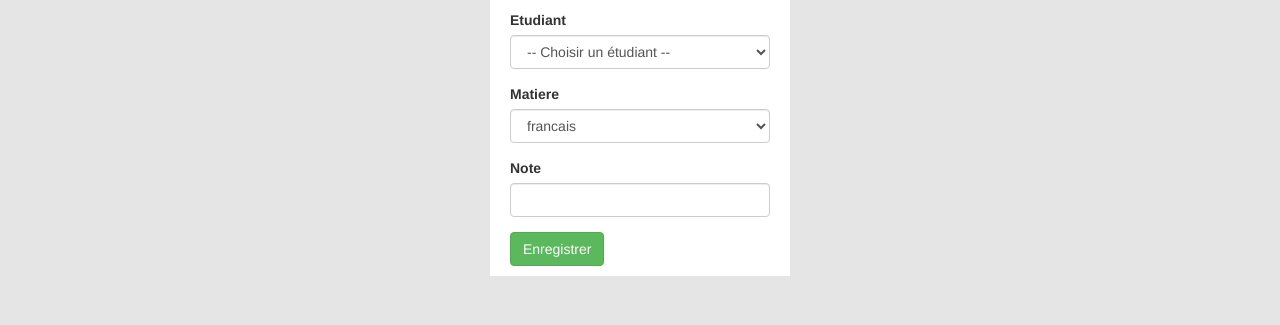
Repository: mitantsoa1/CRUD-note
Page: http://localhost/note
An editor plug-in stored every save of this project. The page is shown before and after the next save, followed by the edit.
The browser window is 1280 px wide. The pictures show the whole page.
The page is run by PHP 8.4 with error messages shown; the project is at /var/www/html/. The database holds what the project's SQL file puts in it.

Above is the page before, as saved 2021-02-12 19:01:09.
Console error: SyntaxError: Unexpected token '<'

### index.php
<?php

require_once ("Controls/Controllers.class.php");
// require_once ("Models/Database.class.php");
// Database::init("localhost","stage","root","");

if(isset($_GET['action'])){
    if(method_exists("Controllers",$_GET['action'])){
        $reflect = new ReflectionMethod("Controllers",$_GET['action']);
        $class = "Controllers";
        $reflect -> invoke(new $class);
    }else{
        Controllers::loadView("erreur.php");
    }
}else{
    Controllers::loadView("indexView.php");
}

?>

### Controls/Controllers.class.php
<?php
	class Controllers{

		public static function loadView($page){
			$page = htmlspecialchars(trim($page)) ;
			include("Views/".$page) ;
		}
		public function index(){
			Controllers::loadView("indexView");
		}
		// pour inclure les portions de page
		public static function includeTemplate($template)
		{
			$template = htmlspecialchars(trim($template));
			include "Views/template_parts/" . $template;
		}
		// inclure du JavaScript
		public static function includeJS($fields)
		{
			$script = "";
			for ($i = 0; $i < count($fields) - 1; $i++) {
				$code = htmlspecialchars(trim($fields[$i]));
				$script .= '<script src="Publics/js/' . $code . '.js"></script>' . "\n\t";
			}
			if ($i == count($fields) - 1) {
				$code = htmlspecialchars(trim($fields[count($fields) - 1]));
				$script .= '<script src="Publics/js/' . $code . '.js"></script>' . "\n";
			}
			echo $script;
		}
		// inclure du CSS
		public static function includeCSS($fields)
		{
			$css = "";
			for ($i = 0; $i < count($fields) - 1; $i++) {
				$code = htmlspecialchars(trim($fields[$i]));
				$css .= '<link rel="stylesheet" href="Publics/css/' . $code . '.css">' . "\n\t";
			}
			if ($i == count($fields) - 1) {
				$code = htmlspecialchars(trim($fields[count($fields) - 1]));
				$css .= '<link rel="stylesheet" href="Publics/css/' . $code . '.css">' . "\n";
			}
			echo $css;
		}

		public function note(){
			Controllers::loadView("gestion_note.php");
		}
		public function matiere(){
			Controllers::loadView("matiere.php");
		}
	}

 ?>

### Views/gestion_note.php
<?php
    include('Models/Database.class.php');
    $db = new Database();
    $tab = $db->select("etudiant")
               ->execute(null);

    $table = $db->select("matiere")
                ->execute(null);
?>
<!DOCTYPE html>
<html lang="en">
    <head>
        <meta charset="UTF-8">
        <meta http-equiv="X-UA-Compatible" content="IE=edge">
        <meta name="viewport" content="width=device-width, initial-scale=1.0">
        <title>gestion des notes</title>
        <?php
            Controllers::includeCSS(["all","bootstrap.min","sweetalert2.min","style"]);
        ?>
    </head>
    <body>

        <div class="container gestion-content">
            <form action="" id="form_gestion">
                <input type="hidden" id="id_gestion">
                <div class="form-group">
                    <label for="">Etudiant</label>
                    <select id="etudiant_gestion" class="form-control">
                        <option value="choisir" selected>-- Choisir un étudiant --</option>
                        <?php

                            for($i=0;$i<count($tab);$i++){
                                       echo' <option value="'.$tab[$i]->id.'">'.$tab[$i]->nom.' '.$tab[$i]->prenom.'</option>
                                ';

                            }

                        ?>
                    </select>
                </div>
                <div class="form-group">
                    <label for="">Matiere</label>
                    <select id="matiere_gestion" class="form-control">
                        <!-- <option value="choisir" selected>-- Choisir un étudiant --</option> -->
                        <?php

                            for($i=0;$i<count($table);$i++){
                                       echo' <option value="'.$table[$i]->nom_matiere.'">'.$table[$i]->nom_matiere.'</option>
                                ';

                            }

                        ?>
                    </select>
                </div>
                <div class="form-group">
                <label for="">Note</label>
                    <input type="number" id="note_gestion" class="form-control">
                </div>

                <a href="#" class="btn btn-success" id="btn_gestion">Enregistrer</a>
                <a href="#" id="btn_gestion_modif" class="hide btn btn-success">Modifier</a>
            </form>
        </div>


        <?php
        Controllers::includeJS(["jquery","bootstrap.min","all","sweetalert2.min","main","function"]);
        ?>
    </body>
</html>

### Models/Database.class.php
<?php
class Database{
	private $query,$nombreParam, $lastTable;
	private static $conn,$host,$base,$user,$pass,$port ;
		// bd = new PDO("mysql:host=localhost;dbname=nom","user","pass")
		// initialisation
	public static function init($hote,$base,$port,$user,$pass) {
		self::$host=htmlspecialchars(trim($hote)) ;
		self::$base=htmlspecialchars(trim($base)) ;
		self::$user=htmlspecialchars(trim($user)) ;
		self::$pass=htmlspecialchars(trim($pass)) ;

	}
	public static function db() {
		$options = array(PDO::MYSQL_ATTR_INIT_COMMAND => 'SET NAMES utf8',
);


		$url ="mysql:host=".self::$host.";port=".self::$port.";dbname=".self::$base;
		if(!isset(self::$conn)) {
			self::$conn = new PDO($url,self::$user,self::$pass,$options);
		}
		return self::$conn ;

	}
		// execution du requete
	public function execute($value=null) {

			// tester s'il y des trous dans les requetes
			// si c'est une requete de selection
		if (strpos($this->query,"SELECT")>-1) {

			if (strpos($this->query,"?")>-1 ){
				$req = self::db()->prepare($this->query) ;
				$req->execute($value) ;
			}
			else {
				$req = self::db()->query($this->query) ;
			}


			return $req->fetchAll(PDO::FETCH_OBJ);
		}
		else {
			if (strpos($this->query,"?")>-1 ){
				$req = self::db()->prepare($this->query) ;
				$req->execute($value) ;

			}
			else {
				self::db()->query($this->query) ;
			}


			return 0 ;
		}



	}
	public function getQuery() {
		echo $this->query ;
	}
	public function select($table){
		$table=htmlspecialchars(trim($table)) ;
		$this->query = "SELECT * FROM ".$table ;
		$this->lastTable =$table ;
		return $this ;
	}
	public function where($id,$operateur){
		$this->query .= " WHERE ".$id."".$operateur."?";

		return $this ;
	}
	public function et($id,$operateur) {
		$this->query .= " AND ".$id."".$operateur."?";

		return $this ;
	}
	public function ou($id,$operateur) {
		$this->query .= " OR ".$id."".$operateur."?";

		return $this ;
	}
		// insertion
	public function insert($table) {
		$this->query="INSERT INTO ".$table ;
		return $this ;
	}
	// mise à jours
	public function update($table) {
		$this->query="UPDATE ".$table ;
		return $this ;
	}
	public function parametters($fields) {
		if (strpos($this->query,"INSERT")>-1){
			// insertion
			$listeFields="(" ;
			$valeur="VALUES (" ;
			for ($i=0; $i <count($fields) ; $i++) {
				$listeFields.=$fields[$i]."," ;
				$valeur.="?," ;
			}

			$listeFields=trim($listeFields,",").")" ;

			$valeur=trim($valeur,",").")" ;
			$this->query.=" ".$listeFields ;
			$this->query.=" ".$valeur ;
		}
		else if (strpos($this->query,"UPDATE")>-1){
			$listeFields="SET " ;
			for ($i=0; $i <count($fields); $i++) {
				$listeFields.=$fields[$i]."=?," ;
			}
			$listeFields=trim($listeFields,",") ;
			$this->query.=" ".$listeFields ;
		}

		return $this ;
	}

		// suppréssion
	public function delete($table) {
		$table=htmlspecialchars(trim($table)) ;
		$this->query=" DELETE FROM ".$table;
		return $this ;
	}
	public function order($param) {
		$this->query.=" ORDER BY " ;
		$listeOrder="" ;
		foreach ($param as $key => $value) {
			$listeOrder.=$key. " ".$value."," ;
		}
		$listeOrder=trim($listeOrder,",") ;
		$this->query.=$listeOrder ;
		return $this ;
	}
	public function inner($table2,$id1) {
		$table2=htmlspecialchars(trim($table2)) ;
		$id1= htmlspecialchars(trim($id1)) ;

		$this->query.=" INNER JOIN ".$table2." ON ".$this->lastTable.".".$id1."=".$table2.".".$id1 ;
		$this->lastTable=$table2;
		return $this;
	}
	// inner join id différent
	public function innerD($table2,$id1,$id2) {
		$table2=htmlspecialchars(trim($table2)) ;
		$id1= htmlspecialchars(trim($id1)) ;

		$this->query.=" INNER JOIN ".$table2." ON ".$this->lastTable.".".$id1."=".$table2.".".$id2 ;
		$this->lastTable=$table2;
		return $this;
	}
	public function sum($table,$fields) {
		$fields = htmlspecialchars(trim($fields)) ;
		$table = htmlspecialchars(trim($table)) ;
		$this->query="SELECT SUM(".$fields.") AS somme FROM ".$table ;
		return $this ;
	}
	// selection avec paramètre
	public function selectParam($table,$listeFields) {
		$reqBase ="SELECT " ;
		for ($i=0; $i <count($listeFields) ; $i++) {
			$reqBase.=$listeFields[$i]."," ;
		}
		$this->query = trim($reqBase,",")." FROM ".$table;
		return $this ;


	}
	public function customSelect($requete) {
		$req = self::db()->query($requete) ;

		return $req->fetchAll(PDO::FETCH_OBJ);
	}

}
	Database::init("localhost","scolarite","3306","root","");

	//ALTER TABLE `note` ADD `francais` IF NOT EXISTS DOUBLE NOT NULL DEFAULT '0.0'
// $db = new Database();
// //  $tab = $db->select("note")
                //  $db->select("note")
                //     ->inner("etudiant","id")
				// 	->getQuery();
?>

### Views/erreur.php
<!DOCTYPE html>
<html lang="fr">
<head>
    <meta charset="UTF-8">
    <meta name="viewport" content="width=device-width, initial-scale=1.0">
    <title>Page invalide</title>
</head>
<body>
    <h1>ERROR 404</h1>

        <p>Cette page n'est pas disponible</p>
</body>
</html>

### Controls/ajax.php
<?php
    include("../Models/Database.class.php");
    header('Content-type: application/json');
    $db = new Database();

    if(isset($_POST['data'])){
        $tab = $db->select("etudiant")
                ->execute();
        echo json_encode($tab);
    }

    if(isset($_POST['nom'])){
        $nom = htmlspecialchars(trim($_POST['nom']));
        $prenom = htmlspecialchars(trim($_POST['prenom']));
        $dtn = htmlspecialchars(trim($_POST['date_naissance']));
        $sexe = $_POST['sexe'];

        $db->insert("etudiant")
            ->parametters(["nom","prenom","date_de_naissance","sexe"])
            ->execute([$nom,$prenom,$dtn,$sexe]);
        echo json_encode("ok");
    }

    if(isset($_POST['id_effacer'])){
        $db->delete("etudiant")
            ->where("id","=")
            ->execute([$_POST['id_effacer']]);
        echo json_encode("effacer");
    }

    if(isset($_POST['id_modifier'])){
        $tab=$db->select("etudiant")
            ->where("id","=")
            ->execute([$_POST['id_modifier']]);
        echo json_encode($tab);
    }
    if(isset($_POST['nom_modif'])){
        $nom = htmlspecialchars(trim($_POST['nom_modif']));
        $prenom = htmlspecialchars(trim($_POST['prenom']));
        $dtn = htmlspecialchars(trim($_POST['date_naissance']));
        $sexe = $_POST['sexe'];
        $id = htmlspecialchars(trim($_POST["id"]));

        $db->update("etudiant")
            ->parametters(["nom","prenom","date_de_naissance","sexe"])
            ->where("id","=")
            ->execute([$nom,$prenom,$dtn,$sexe,$id]);
        echo json_encode("ok");
    }

    if(isset($_POST['etudiant'])){
        $tab=$db->select("etudiant")
                ->where("id","=")
                ->execute([$_POST['etudiant']]);
        echo json_encode($tab);
    }

    if(isset($_POST["affiche_matiere"])){
        $tab=$db->select("matiere")
                ->execute(null);
        echo json_encode($tab);
    }

    if(isset($_POST["nom_matiere"])){
        $matiere = htmlspecialchars(trim($_POST["nom_matiere"]));
        $tab=$db->select("matiere")
                ->where("nom_matiere","=")
                ->execute([$matiere]);

                if(count($tab)>0){
                    echo json_encode("non");
                }else{
                    $db->insert("matiere")
                        ->parametters(["nom_matiere"])
                        ->execute([$matiere]);
                        //APINA ALTER TABLE
                    echo json_encode("ok");
                }
    }

    if(isset($_POST['id_mat_effacer'])){
        $db->delete("matiere")
            ->where("id_matiere","=")
            ->execute([$_POST['id_mat_effacer']]);
        echo json_encode("effacer");
    }

    if(isset($_POST['id_mat_modifier'])){
        $tab=$db->select("matiere")
            ->where("id_matiere","=")
            ->execute([$_POST['id_mat_modifier']]);
        echo json_encode($tab);
    }
    if(isset($_POST['nom_mat_modif'])){
        $matiere = htmlspecialchars(trim($_POST['nom_mat_modif']));
        $id = htmlspecialchars(trim($_POST["id"]));

        $db->update("matiere")
            ->parametters(["nom_matiere"])
            ->where("id_matiere","=")
            ->execute([$matiere,$id]);
        echo json_encode("ok");
    }

    if(isset($_POST['affiche_note'])){
        $tab = $db->select("matiere")
                    ->execute(null);

        echo json_encode($tab);

    }

    if(isset($_POST['id_etudiant'])){
        $tab = $db->select("note")
                    ->innerD("etudiant","id_etudiant","id")
                    ->et("note.id_etudiant","=")
                    ->execute([$_POST['id_etudiant']]);

                    echo json_encode($tab);
    }

    if(isset($_POST['tosend'])){
        $fr=htmlspecialchars(trim($_POST['français'])) ;
        $en =htmlspecialchars(trim($_POST['english']));
        $maths =htmlspecialchars(trim( $_POST['mathematiques'])) ;
        $mal =htmlspecialchars(trim($_POST['Malagasy'])) ;

        $db->insert("note")
           ->parametters(["id_etudiant","francais","english","mathematiques","Malagasy"])
           ->execute([6,$fr,$en,$maths,$mal]);
    }

    if(isset($_POST['id_et'])){
        $fr=htmlspecialchars(trim($_POST['fr'])) ;
        $ang =htmlspecialchars(trim($_POST['ang']));
        $maths =htmlspecialchars(trim( $_POST['maths'])) ;
        $mal =htmlspecialchars(trim($_POST['mal'])) ;
        $id_et = $_POST['id_et'];

        $tab =$db->select("note")
                ->where("id","=")
                    ->execute([$id_et]);
            if(count($tab)>0){
                echo json_encode("erreur");
            }else{
                $db->insert("note")
                    ->parametters(["id","francais","anglais","mathematiques","Malagasy"])
                    ->execute([$id_et,$fr,$ang,$maths,$mal]);
                    echo json_encode("ok");
            }

    }

    // if(isset($_POST['AllNote2'])){
    //     $table = $db->select("note")
    //                 // ->inner("note","id")
    //                 ->execute(null);
    //     echo json_encode($table);
    // }

    if(isset($_POST['id_effacer_note'])){
        $db = $db->delete("note")
                ->where("id_note","")
                ->execute([$_POST['id_effacer_note']]);
            echo json_encode("delete");

    }

    if(isset($_POST['id_mod_note'])){
        $tab = $db->select("note")
                    ->where("id_note","=")
                    ->execute([$_POST['id_mod_note']]);
        echo json_encode($tab);
    }
    if(isset($_POST['id_et_modif'])){
        $fr=htmlspecialchars(trim($_POST['fr'])) ;
        $ang =htmlspecialchars(trim($_POST['ang']));
        $maths =htmlspecialchars(trim( $_POST['maths'])) ;
        $mal =htmlspecialchars(trim($_POST['mal'])) ;
        $id_et = $_POST['id_et'];
        $id_n = htmlspecialchars(trim($_POST['id_n'])) ;


                $db->update("note")
                    ->parametters(["id","francais","anglais","mathematiques","Malagasy"])
                    ->where("id_note","=")
                    ->execute([$id_et,$fr,$ang,$maths,$mal,$id_n]);
                    echo json_encode("ok");


    }

?>

### Publics/css/style.css
body {
    margin: 0;
    padding: 0;
    background: rgba(0, 0, 0, .1);
}

.content {
    width: 50vw;
    min-width: 300px;
    background: white;
    padding: 10px 20px 0 !important;
    margin: 10px auto;
    border: white 1px solid !important;
    border-radius: 10px !important;
}

.content .titre {
    padding: 0;
    margin: 0;
}

.boutton {
    display: block;
    margin: 0 auto;
    width: 100px;
}

#btn_modification {
    margin-left: 30%;
}

.table_etudiant {
    position: relative;
    height: auto;
    max-height: 150px;
    overflow: auto;
}

.table_etudiant thead {
    position: sticky;
    top: 0;
    background: black;
    color: white;
}

.content-note {
    min-width: 300px;
    background: white;
    padding: 0px 0px 10px 20px !important;
    margin: 10px auto;
    border: white 1px solid !important;
    border-radius: 10px !important;
}

.note-content {
    width: 50vw;
    min-width: 300px;
    background: white;
    padding: 0px 50px 0 !important;
    margin: 10px auto;
    border: white 1px solid !important;
    border-radius: 10px !important;
}

.note-content label,
.note-content input {
    display: inline-block;
    width: 040%;
}

.note-content select {
    display: inline-block;
    width: auto;
    max-width: 50%;
}

.note-content #b_note,
.note-content #b_matiere_modif {
    margin-left: 035%;
}

.gestion-content {
    width: 300px;
    padding: 10px 20px;
    background: white;
}

### Publics/js/main.js
$(document).ready(function() {
    function selectionAll() {
        $.ajax({
            url: "Controls/ajax.php",
            type: "POST",
            data: "data=data",
            datatype: "json",
            success: function(data) {
                if (data.length > 0) {
                    var table_affichage = "<div class='table_etudiant'> <table class='table table-striped  m-t-10' style='position: relative !important;'><thead style='position: sticky !important;z-index: 1000;'><th>Nom</th><th>Prenom</th><th>Date de naissance</th><th>Sexe</th><th>Actions</th></thead><tbody>";
                    for (var i = 0; i < data.length; i++) {
                        table_affichage = table_affichage + "<tr><td>" + data[i].nom + "</td><td>" + data[i].prenom + "</td><td>" + data[i].date_de_naissance + "</td><td>" + data[i].sexe + "</td><td><a href='#' class=' glyph'  data-toggle='tooltip' data-placement='bottom' title='effacer' onclick='effacer(" + data[i].id + ")'> <i class='fa fa-trash'></i></a><a href='#' class='glyph' data-toggle='tooltip'  data-placement='bottom' title='modifier' onclick='modifier(" + data[i].id + ")'> <i class='fa fa-edit'></i></a>";
                    }
                    table_affichage = table_affichage + "</td></tr></tbody></table></div>";

                    $('.affichage_etudiant').html(table_affichage);
                } else {
                    $('.affichage_etudiant').html("<h3>Il n'y a pas d'etudiant</h3>");
                }

            }
        })
    }
    selectionAll();

    function afficheNote() {
        var etudiant = $("#select_etudiant_note").val();
        $.ajax({
            url: "Controls/ajax.php",
            type: "POST",
            data: "etudiant=" + etudiant,
            datatype: "json",
            success: function(data) {
                if (data.length > 0) {
                    var table_affichage = "<div class='nom_etudiant'><span> " + data[0].nom + " </span><span> " + data[0].prenom + " </span><span> " + data[0].sexe + " </span><span>  " + data[0].date_de_naissance + "</span>";

                    $('.nom').html(table_affichage);
                } else {
                    $('.nom').html("<h3>Il n'y a pas d'etudiant</h3>");
                }

            }
        })
    }
    afficheNote();

    $('#select_etudiant_note').on('change', function() {
        var etudiant = $("#select_etudiant_note").val();
        $.ajax({
            url: "Controls/ajax.php",
            type: "POST",
            data: "etudiant=" + etudiant,
            datatype: "json",
            success: function(data) {
                if (data.length > 0) {
                    afficheNote();
                } else {
                    $('.nom').html("<h3>Il n'y a pas d'etudiant</h3>");
                }

            }
        })
    })

    function affiche_matiere() {
        $.ajax({
            url: "Controls/ajax.php",
            type: "POST",
            data: "affiche_matiere=affiche_matiere",
            datatype: "json",
            success: function(data) {
                if (data.length > 0) {
                    var table_affichage = "<div class='table_matiere m-t-10'> <table class='table table-striped  m-t-10' style='position: relative !important;'><thead style='position: sticky !important;z-index: 1000;'><th>Nom de la matiere</th><th>Actions</th></thead><tbody>";
                    for (var i = 0; i < data.length; i++) {
                        table_affichage = table_affichage + "<tr><td>" + data[i].nom_matiere + "</td><td><a href='#' class=' glyph'  data-toggle='tooltip' data-placement='bottom' title='effacer' onclick='supr_mat(" + data[i].id_matiere + ")'> <i class='fa fa-trash'></i></a><a href='#' class='glyph' data-toggle='tooltip'  data-placement='bottom' title='modifier' onclick='modif_mat(" + data[i].id_matiere + ")'> <i class='fa fa-edit'></i></a>";
                    }
                    table_affichage = table_affichage + "</td></tr></tbody></table></div>";

                    $('.affiche_matiere').html(table_affichage);
                } else {
                    $('.affiche_matiere').html("<h3>Il n'y a pas de matiere</h3>");
                }

            }
        })
    }
    affiche_matiere();

    $('#btn_matiere').on('click', function() {
        var $matiere = $('#matiere').val();

        var data = "nom_matiere=" + $matiere;
        $.ajax({
            url: "Controls/ajax.php",
            type: "POST",
            data: data,
            datatype: "json",
            success: function(data) {
                if (data == "ok") {
                    Swal.fire({
                        position: "center",
                        icon: "success",
                        title: "succes!"
                    });
                    affiche_matiere();
                    $('#matiere').val("");

                } else if (data == "non") {
                    Swal.fire({
                        position: "center",
                        icon: "warning",
                        title: "La matiere existe déjà!"
                    });
                } else {
                    Swal.fire({
                        position: "center",
                        icon: "error",
                        title: "Erreur de connexion à la base"
                    });
                }

            }
        })
    })

    $('#btn_enregistrer').on('click', function() {
        var $nom = $('#nom').val();
        var $prenom = $('#prenom').val();
        var $dtn = $('#dtn').val();
        var $sexe = $('#sexe').val();

        var data = "nom=" + $nom + "&prenom=" + $prenom + "&date_naissance=" + $dtn + "&sexe=" + $sexe;
        $.ajax({
            url: "Controls/ajax.php",
            type: "POST",
            data: data,
            datatype: "json",
            success: function(data) {
                if (data == "ok") {
                    Swal.fire({
                        position: "center",
                        icon: "success",
                        title: "succes!"
                    });
                    selectionAll();
                    $('#nom').val("");
                    $('#prenom').val("");
                    $('#dtn').val("");
                    $('#sexe').val("");
                }

            }
        })
    })


});

### scolarite.sql (the tables this page reads)
CREATE TABLE IF NOT EXISTS `etudiant` (
  `id` int(11) NOT NULL AUTO_INCREMENT,
  `nom` varchar(255) NOT NULL,
  `prenom` varchar(255) NOT NULL,
  `date_de_naissance` date NOT NULL,
  `sexe` varchar(30) NOT NULL,
  PRIMARY KEY (`id`)
) ENGINE=MyISAM AUTO_INCREMENT=9 DEFAULT CHARSET=utf8;

INSERT INTO `etudiant` (`id`, `nom`, `prenom`, `date_de_naissance`, `sexe`) VALUES
(5, 'mitantsoa', 'mi', '2021-01-26', 'femme'),
(8, 'rabe', 'be', '2021-01-25', 'femme');

CREATE TABLE IF NOT EXISTS `matiere` (
  `id_matiere` int(11) NOT NULL AUTO_INCREMENT,
  `nom_matiere` varchar(255) NOT NULL,
  PRIMARY KEY (`id_matiere`)
) ENGINE=MyISAM AUTO_INCREMENT=8 DEFAULT CHARSET=utf8;

INSERT INTO `matiere` (`id_matiere`, `nom_matiere`) VALUES
(1, 'francais'),
(7, 'physique'),
(3, 'mathematiques'),
(6, 'Malagasy');

Loaded but not shown: Publics/css/all.css (library); Publics/css/bootstrap.min.css (library); Publics/css/sweetalert2.min.css (library); Publics/js/jquery.js (library); Publics/js/bootstrap.min.js (library); Publics/js/function.js (201 lines, source omitted)

After the next save:
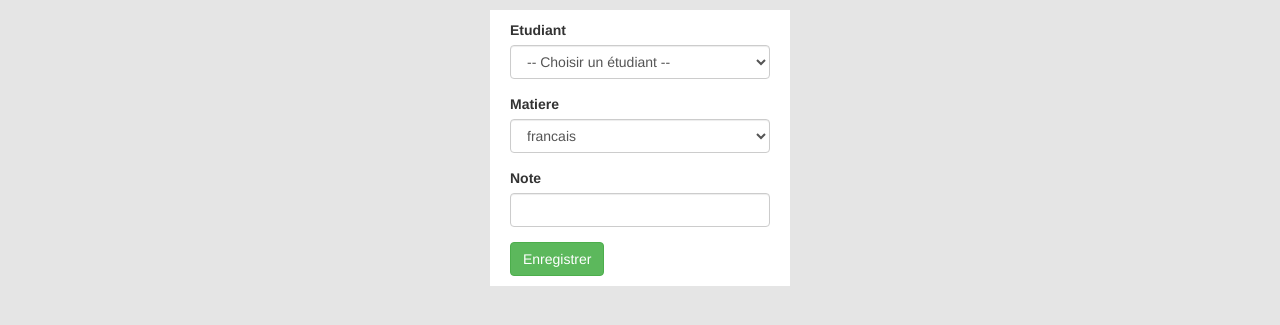
Saved 38 s later.
--- a/Publics/css/style.css
+++ b/Publics/css/style.css
@@ -83,4 +83,5 @@ body {
     width: 300px;
     padding: 10px 20px;
     background: white;
+    margin: 10px auto;
 }
